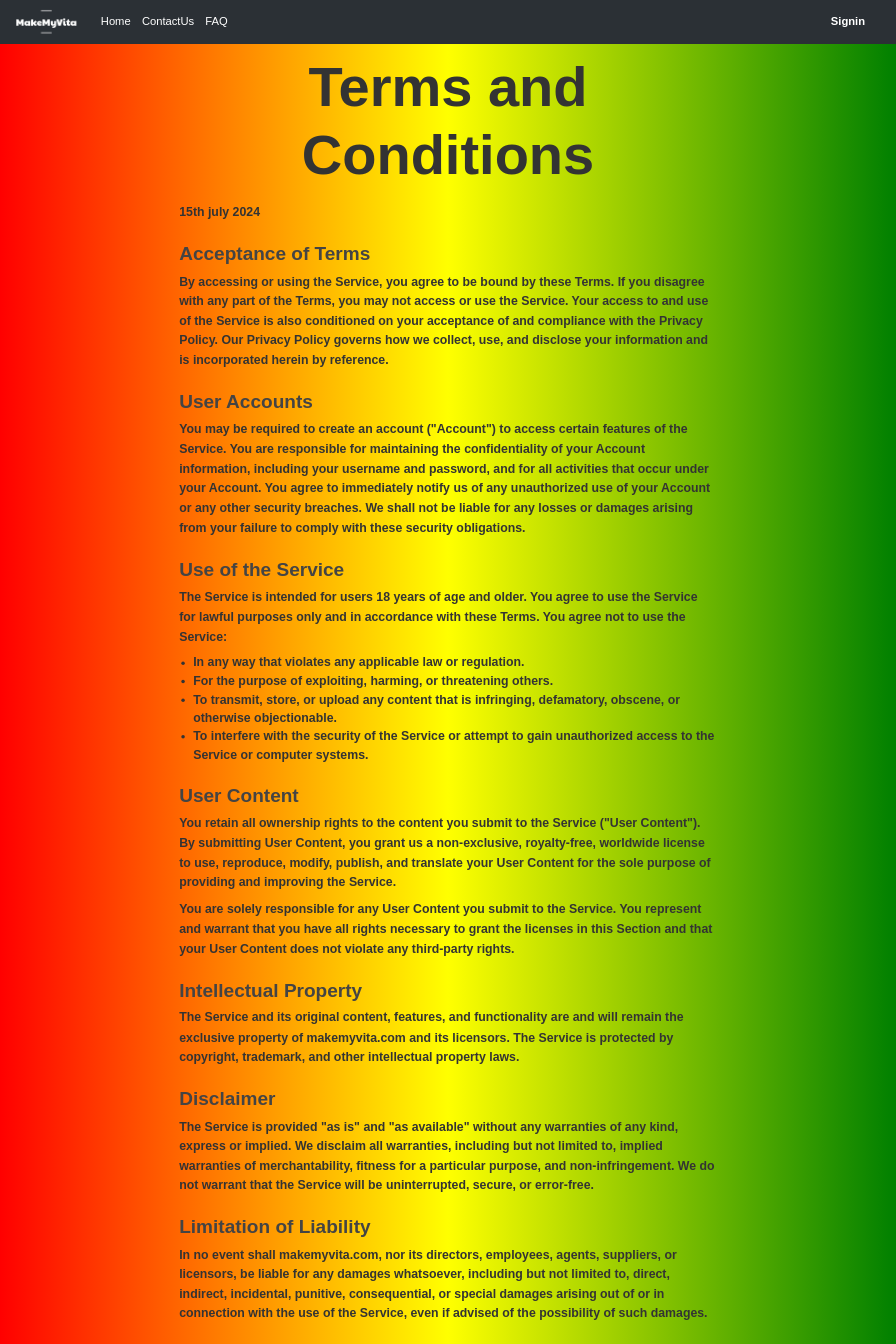
Repository: Tejaakshaykumar/MakeMyVita-Resume-Builder-Website
Page: /T&C (app in frontend/)
An editor plug-in stored every save of this project. The page is shown before and after a run of saves, followed by the edit.
The browser window is 1280 px wide. The pictures show the part of the page from y = 0 to 1920 px (the page is 2936 px tall), at 70% of full size.
Some web libraries are served in a nearby version. The project was rebuilt for these pictures with package versions that can differ from the ones it lists, and the page was loaded fresh each time. Also part of the build but not shown: frontend/src/App.css, frontend/src/containers/About.js, frontend/src/containers/Buildresume.js, frontend/src/containers/Images.js, frontend/src/containers/Features.js, frontend/src/containers/Review.js, frontend/src/containers/Trybox.js, frontend/src/containers/Motionbox.js and 5 more.

Above is the page before, as saved 2024-06-10 11:44:36.

### frontend/public/index.html
<!DOCTYPE html>
<html lang="en">
  <head>
    <meta charset="utf-8" />
    <link rel="icon" href="%PUBLIC_URL%/favicon.ico" />
    <meta name="viewport" content="width=device-width, initial-scale=1" />
    <meta name="theme-color" content="#000000" />
    <meta
      name="description"
      content="Web site created using create-react-app"
    />
    <link rel="apple-touch-icon" href="%PUBLIC_URL%/logo192.png" />
    <!--
      manifest.json provides metadata used when your web app is installed on a
      user's mobile device or desktop. See https://developers.google.com/web/fundamentals/web-app-manifest/
    -->
    <link rel="manifest" href="%PUBLIC_URL%/manifest.json" />
    <link rel="stylesheet" href="https://stackpath.bootstrapcdn.com/bootstrap/4.5.2/css/bootstrap.min.css">
  <link rel="stylesheet" href="https://stackpath.bootstrapcdn.com/font-awesome/4.7.0/css/font-awesome.min.css">
  <link href="https://cdn.jsdelivr.net/npm/bootstrap@5.3.3/dist/css/bootstrap.min.css" rel="stylesheet" integrity="sha384-QWTKZyjpPEjISv5WaRU9OFeRpok6YctnYmDr5pNlyT2bRjXh0JMhjY6hW+ALEwIH" crossorigin="anonymous">
  <link href="https://cdn.jsdelivr.net/npm/bootstrap-icons@1.7.2/font/bootstrap-icons.css" rel="stylesheet">
    <!--
      Notice the use of %PUBLIC_URL% in the tags above.
      It will be replaced with the URL of the `public` folder during the build.
      Only files inside the `public` folder can be referenced from the HTML.

      Unlike "/favicon.ico" or "favicon.ico", "%PUBLIC_URL%/favicon.ico" will
      work correctly both with client-side routing and a non-root public URL.
      Learn how to configure a non-root public URL by running `npm run build`.
    -->
    <title>React App</title>
  </head>
  <body>
    <noscript>You need to enable JavaScript to run this app.</noscript>
    <div id="root"></div>
    <!--
      This HTML file is a template.
      If you open it directly in the browser, you will see an empty page.

      You can add webfonts, meta tags, or analytics to this file.
      The build step will place the bundled scripts into the <body> tag.

      To begin the development, run `npm start` or `yarn start`.
      To create a production bundle, use `npm run build` or `yarn build`.
    -->
  </body>
  <script src="https://cdn.jsdelivr.net/npm/bootstrap@5.3.3/dist/js/bootstrap.bundle.min.js" integrity="sha384-YvpcrYf0tY3lHB60NNkmXc5s9fDVZLESaAA55NDzOxhy9GkcIdslK1eN7N6jIeHz" crossorigin="anonymous"></script>
</html>

### frontend/src/containers/Navbar.js
import React from 'react';
import { useNavigate } from 'react-router-dom';
import logo from '../images/HubSpot Brand Kit/Logo/PNG/main-logo-white-transparent.png';
export default function Navbar() {
  const navigate = useNavigate();
  const handleSigninClick = () => {
    navigate('/signin');
  };
  return (
    <div>

      <nav className="navbar fixed-top navbar-expand-lg bg-body-tertiary" data-bs-theme="dark" >
      <div className="container-fluid" >
        <a className="navbar-brand" href="/">
        <img src={logo} alt="Logo" style={{height:'5vh',width:'15vh',objectFit:'cover'}} />
        </a>
        <button
          className="navbar-toggler"
          type="button"
          data-bs-toggle="collapse"
          data-bs-target="#navbarSupportedContent"
          aria-controls="navbarSupportedContent"
          aria-expanded="false"
          aria-label="Toggle navigation"
        >
          <span className="navbar-toggler-icon" />
        </button>
        <div className="collapse navbar-collapse" id="navbarSupportedContent">
          <ul className="navbar-nav me-auto mb-2 mb-lg-0">
            <li className="nav-item">
              <a className="nav-link active" aria-current="page" href="/">
                Home
              </a>
            </li>
            <li className="nav-item">
              <a className="nav-link active" aria-current="page" href="#">
                ContactUs
              </a>
            </li>
            <li className="nav-item">
              <a className="nav-link active" aria-current="page" href="/FAQ">
                FAQ
              </a>
            </li>
          </ul>
          <form className="d-flex">
            <button className=" btn btn-outline-success custom-btn" type="submit" onClick={handleSigninClick}>
            &nbsp;&nbsp;&nbsp;&nbsp;&nbsp;Signin&nbsp;&nbsp;&nbsp;&nbsp;&nbsp;
            </button>
          </form>
        </div>
      </div>
    </nav>

    </div>
  );
}

### frontend/src/containers/Foot.js
import React from 'react';
import './cont.css'; // Import the CSS file

export default function Foot() {
  return (
    <footer>
      <div className="footer-container ">
        <ul className="footer-nav">
        <li className="nav-item">
            <a className="nav-link" href="/aboutus">
              ABOUT US
            </a>
          </li>
          <>|</>
          <li className="nav-item">
            <a className="nav-link" href="/T&C">
              TERMS & CONDITIONS
            </a>
          </li>
          <>|</>
        <li className="nav-item">
            <a className="nav-link" href="/privacy">
              PRIVACY POLICY
            </a>
          </li>
          <>|</>
          <li className="nav-item">
            <a className="nav-link" href="#">
              CONTACT US
            </a>
          </li>
          <>|</>
          <li className="nav-item">
            <a className="nav-link" href="/FAQ">
              FAQs
            </a>
          </li>
        </ul>
        <div class="social-icons">
        <a href="https://www.facebook.com" target="_blank" aria-label="Facebook">
          <i class="bi bi-facebook"></i>
        </a>
        <a href="https://www.instagram.com" target="_blank" aria-label="Instagram">
          <i class="bi bi-instagram"></i>
        </a>
        <a href="https://www.pinterest.com" target="_blank" aria-label="Pinterest">
          <i class="bi bi-pinterest"></i>
        </a>
        <a href="https://www.youtube.com" target="_blank" aria-label="YouTube">
          <i class="bi bi-youtube"></i>
        </a>
        <a href="https://www.linkedin.com" target="_blank" aria-label="LinkedIn">
          <i class="bi bi-linkedin"></i>
        </a>
        <a href="https://www.twitter.com" target="_blank" aria-label="Twitter">
          <i class="bi bi-twitter"></i>
        </a>
      </div>
      <div className="footer-copy">
          &copy; 2024 developed by Teja Akshay Kumar
      </div>
      </div>
    </footer>
  );
}

### frontend/src/containers/cont.css
/* navbar */
.custom-btn {
  color: white;
}
.custom-btn:hover {
  color: black;
  background-color: white;
}

.footer-container {
  height: 25vh;
  width: 100%;
  background-color: rgb(0, 0, 0);
  color: white;
  display: flex;
  flex-direction: column;
  align-items: center;
  /* padding-bottom: 3%; */
  /* justify-content: center; */
}

.footer-nav {
  display: flex;
  list-style: none;
  padding-top: 30px;
  margin: 0;
}

.footer-nav .nav-item {
  margin: 0 50px;
}

.footer-nav .nav-item .nav-link {
  color: white;
  text-decoration: none;
  /* text-transform: uppercase; */
  /* text-decoration: underline; */
}

.footer-nav .nav-item .nav-link:hover {
  text-decoration: underline;
}

.footer-copy {
  /* padding-top: 5%; */
  text-align: center;
  font-size: large;
  font-weight: 500;
  /* padding-bottom: 3%; */
}

.social-icons {
  display: flex;
  justify-content: center;
  gap: 40px;
  padding: 40px;
  /* background-color: #f0f0f0; */
}

.social-icons a {
  color: #ffffff;
  font-size: 24px;
  text-decoration: none;
}

.social-icons a:hover {
  color: #007bff;
}

/* Features */

.feature-component {
  height: 90vh;
  width: 100%;
  display: flex;
  justify-content: flex-start;
  flex-wrap: wrap;
  margin-top: 10%;
  padding-left: 8%;
  padding-right: 8%;
}
.feature {
  flex: 1 1 30%;
  box-sizing: border-box;
  padding: 20px;
  margin: 10px;
  text-align: center;
  background-color: #fff;
  border-radius: 8px;
  /* box-shadow: 0 4px 8px rgba(0, 0, 0, 0.1); */
}

.feature img {
  width: 60px;
  height:80px;
  margin-bottom: 10px;
}

.feature h3 {
  font-size: 1.5em;
  margin-bottom: 10px;
  font-weight: 500;
  font-family:'Franklin Gothic Medium', 'Arial Narrow', Arial, sans-serif;
}

.feature p {
  font-size: 1.3em;
  color: #666;
  font-weight: 400;
  font-family: 'Gill Sans', 'Gill Sans MT', Calibri, 'Trebuchet MS', sans-serif;
}

.feature:hover {
  background: linear-gradient(to right, #fd4908, #1e90ff);
  box-shadow: black;
  border-radius: 5%;
  color: rgb(255, 255, 255);
}

.feature:hover h3,
.feature:hover p {
  color: rgb(255, 255, 255);
}

/* About */
.resume-builder-container {
  display: flex;
  flex-direction: row;
  justify-content: space-between;
  align-items: center;
  padding: 10vh;
  /* background-color: #fff; */
  background: linear-gradient(to right, #84eefc, #ffffff, #ffffff);
  /* background:linear-gradient(to left, #00e1ff,#ffffff, #ffffff); */
  /* border: 1px solid #ddd; */
  /* border-radius: 8px; */
  /* box-shadow: 0 2px 4px rgba(0, 0, 0, 0.1); */
  height: 80vh;
}

.resume-builder-container1 {
  display: flex;
  flex-direction: row;
  justify-content: space-between;
  align-items: center;
  padding: 10vh;
  height: 80vh;
  background: linear-gradient(to top, #ffffff, #59CE8F,#E8F9FD, #ffffff);
}

/* .resume-builder-image {
    -webkit-mask-image: radial-gradient(circle, rgba(0, 0, 0, 1) 50%, rgba(0, 0, 0, 0) 90%);
    mask-image: radial-gradient(circle, rgba(0, 0, 0, 1) 50%, rgba(0, 0, 0, 0) 90%);
  }
   */
.resume-builder-content {
  max-width: 60%;
  padding: 10%;
}

.resume-builder-content1 {
  max-width: 70%;
  padding: 10%;
}

.resume-builder-content h1 {
  font-size: 4em;
  color: #333;
  margin-bottom: 10px;
  font-family: "Franklin Gothic Medium", "Arial Narrow", Arial, sans-serif;
  text-align: left;
}

.resume-builder-content p {
  font-size: 1.4em;
  font-weight: 400;
  color: #666;
  line-height: 1.5;
  margin-bottom: 20px;
  /* padding-left: 2%; */
  /* text-align: center; */
}

.resume-builder-content1 h1 {
  font-size: 4em;
  color: #333;
  margin-bottom: 10px;
  font-family: "Franklin Gothic Medium", "Arial Narrow", Arial, sans-serif;
  text-align: left;
}

.resume-builder-content1 p {
  font-size: 1.4em;
  font-weight: 400;
  color: #666;
  line-height: 1.5;
  margin-bottom: 20px;
  /* padding-left: 2%; */
  /* text-align: center; */
}

.aboutbutton {
  height: 6vh;
  width: 27%;
  margin-left: 20%;
  margin-top: 2%;
  text-align: center;
  font-weight: 500;
  border-radius: 7px;
  color: #ffffff;
  font-weight: 700;
  transition: background 0.3s ease;
  /* border-style:solid; */
  border-color: white;
  background: #3e14fc;
  box-shadow: 0 2px 6px rgba(24, 23, 23, 0.801);
  /* box-shadow: #3e14fc; */
}
.aboutbutton:hover {
  transition: background 0.3s ease;
  border-style: solid;
  background: linear-gradient(to right, #ffd000, #ff0000);
  box-shadow: #3e14fc;
}

.create-now-button {
  background-color: #00b0ff;
  color: #fff;
  border: none;
  padding: 10px 20px;
  font-size: 1em;
  border-radius: 5px;
  cursor: pointer;
}

.create-now-button:hover {
  background-color: #008cba;
}

.resume-builder-image {
  max-width: 40%;
}

.resume-builder-image img {
  max-width: 100%;
  height: auto;
  border-radius: 8px;
}

.text-gradient {
  background: linear-gradient(to right, #ff7f50, #1e90ff);
  -webkit-background-clip: text;
  -webkit-text-fill-color: transparent;
  background-clip: text;
  color: transparent;
}

.icon-container {
  width: 100%;
  height: 100px;
  overflow: hidden;
  white-space: nowrap;
  position: relative;
  background-color: #ffffff;
  padding-bottom: 25px;
}

.icons {
  display: inline-block;
  animation: moveIcons 40s linear infinite;
}

.icons img {
  font-size: 24px;
  margin: 0 15px; /* Add some margin between icons */
  color: #333;
  /* width: 100px; Adjust the size as needed */
  height: 50px;
}

@keyframes moveIcons {
  0% {
    transform: translateX(70%);
  }
  100% {
    transform: translateX(-100%);
  }
}

.try {
  height: 30vh;
  width: 100%;
  background-image: url("C:/Users/tejaa/Downloads/pexels-magda-ehlers-pexels-1279813.jpg");
  background-size: cover;
  align-items: center;
  display: flex;
  flex-direction: column;
  justify-content: center;
  margin-bottom: 7vh;
  margin-top: 5vh;
}

.try h2 {
  font-size: 280%;
  color: antiquewhite;
  text-shadow: 5px 5px 3px rgba(0, 0, 0, 0.3);
}
.try button {
  height: 4vh;
  width: 15%;
  font-weight: 700;
  border-radius: 5cm;
  color: blanchedalmond;
  border: #ffffff;
  background: linear-gradient(to right, #fd0808, #a51eff);
}

/* Review */
/* Styles for the main container */
/* Swiper specific styles */
/* #App {
  height: 100%;
}
html,
body {
  position: relative;
  height: 100%;
}

body {
  background: #eee;
  font-family: Helvetica Neue, Helvetica, Arial, sans-serif;
  font-size: 14px;
  color: #000;
  margin: 0;
  padding: 0;
} */
.swiper-container {
  /* position: relative; */
  height: 30vh;
  background: #ffffff;
  font-family: Helvetica Neue, Helvetica, Arial, sans-serif;
  font-size: 14px;
  color: #000;
  margin: 30px;
  padding: 10px;
  display: flex;
  flex-direction: row;
  justify-content: center;
}

.swiper {
  width: 100%;
  height: 100%;
}

.swiper-slide {
  text-align: center;
  font-size: 18px;
  background: #ffffff;
  display: flex;
  justify-content: center;
  align-items: center;
  padding-top: 20%;
  /* margin: 5%; */
}

.swiper-slide img {
  display: block;
  width: 100%;
  height: 100%;
  object-fit: cover;
}

.autoplay-progress {
  position: absolute;
  right: 16px;
  bottom: 16px;
  z-index: 10;
  width: 48px;
  height: 48px;
  display: flex;
  align-items: center;
  justify-content: center;
  font-weight: bold;
  color: var(--swiper-theme-color);
}

.autoplay-progress svg {
  --progress: 0;
  position: absolute;
  left: 0;
  top: 0px;
  z-index: 10;
  width: 100%;
  height: 100%;
  stroke-width: 4px;
  stroke: var(--swiper-theme-color);
  fill: none;
  stroke-dashoffset: calc(125.6px * (1 - var(--progress)));
  stroke-dasharray: 125.6;
  transform: rotate(-90deg);
}

### frontend/src/pages/pagestyles.css
/* TandC */

.tandc-container {
    max-width: 100%;
    /* margin: 0 auto; */
    padding: 6% 20%;
    font-family: Arial, sans-serif;
    background: linear-gradient(to right,red,yellow,green);
    color: #333;
    /* margin-top: 7%; */
    margin-bottom: -2%;

  }

  .tandc-container h1 {
    text-align: center;
    margin-bottom: 20px;
    font-weight: 700;
    font-size: 5rem;
  }

  .tandc-container h2 {
    margin-top: 30px;
    color: #444;
    font-weight: 700;
    font-size: 1.7rem;
  }

  .tandc-container p {
    line-height: 1.6;
    font-weight: 600;
    font-size: 1.1rem;
  }

  .tandc-container ul {
    list-style-type: disc;
    padding-left: 20px;
    font-weight: 600;
    font-size: 1.1rem;
  }

  .tandc-container a {
    color: #1a73e8;
    text-decoration: none;
  }

  .tandc-container a:hover {
    text-decoration: underline;
  }


  /* Privacy */
  .privacy-container {
    max-width: 800px;
    margin: 0 auto;
    padding: 20px;
    font-family: 'Arial', sans-serif;
    color: #333;
    line-height: 1.6;
    background-color: #fff;
    border-radius: 8px;
    box-shadow: 0 0 10px rgba(0, 0, 0, 0.1);
  }

  h1 {
    text-align: center;
    color: #333;
    font-size: 2.5rem;
    margin-bottom: 20px;
  }

  h2 {
    color: #444;
    font-size: 1.75rem;
    margin-top: 20px;
  }

  h3 {
    color: #555;
    font-size: 1.5rem;
    margin-top: 15px;
  }

  p {
    margin-bottom: 10px;
  }

  ul {
    list-style-type: disc;
    padding-left: 20px;
  }

  a {
    color: #1a73e8;
    text-decoration: none;
  }

  a:hover {
    text-decoration: underline;
  }

  @media (max-width: 600px) {
    .privacy-container {
      padding: 10px;
    }

    h1 {
      font-size: 2rem;
    }

    h2 {
      font-size: 1.5rem;
    }

    h3 {
      font-size: 1.25rem;
    }
  }

  /* Aboutus */
  .about-container {
    font-family: 'Arial', sans-serif;
    color: #fff;
    max-width: 1200px;
    margin: 0 auto;
    padding: 20px;
    background-color: #000; /* For overall contrast, adjust as needed */
  }

  .about-top {
    position: relative;
    text-align: center;
    color: white;
  }

  .about-image {
    width: 100%;
    height: auto;
    border-radius: 10px;
    opacity: 0.8;
  }

  .about-content {
    position: absolute;
    top: 50%;
    left: 50%;
    transform: translate(-50%, -50%);
    background-color: rgba(0, 0, 0, 0.5); /* Semi-transparent background */
    padding: 20px;
    border-radius: 10px;
    max-width: 90%;
    text-align: left;
  }

  .about-content h1 {
    font-size: 3rem;
    margin-bottom: 10px;
  }

  .about-content p {
    font-size: 1.2rem;
  }

  .about-bottom {
    background-color: #222;
    padding: 40px;
    border-radius: 10px;
    margin-top: 20px;
  }

  .about-bottom h2 {
    font-size: 2rem;
    margin-bottom: 20px;
  }

  .about-bottom p,
  .about-bottom ul {
    font-size: 1.2rem;
    line-height: 1.6;
  }

  .about-bottom ul {
    list-style-type: disc;
    padding-left: 20px;
  }

  .about-bottom h3 {
    font-size: 1.5rem;
    margin-top: 20px;
  }

  @media (max-width: 768px) {
    .about-content h1 {
      font-size: 2rem;
    }

    .about-content p {
      font-size: 1rem;
    }

    .about-bottom h2 {
      font-size: 1.5rem;
    }

    .about-bottom p,
    .about-bottom ul {
      font-size: 1rem;
    }
  }

  /* FAQ */
  /* styles.css */

/* body, html {
  margin: 0;
  padding: 0;
  font-family: Arial, sans-serif;
  background-color: #f7f7f7;
}

.app {
  display: flex;
  justify-content: center;
  align-items: center;
  min-height: 100vh;
  padding: 20px;
} */

.faq-container {
  background-color: white;
  padding: 20px;
  border-radius: 8px;
  max-width: 800px;
  width: 100%;
  box-shadow: 0 4px 8px rgba(0, 0, 0, 0.1);
}

.faq-container h1 {
  text-align: center;
  margin-bottom: 20px;
}

.faq-container input {
  width: 100%;
  padding: 10px;
  margin-bottom: 20px;
  border: 1px solid #ccc;
  border-radius: 4px;
}

.faq-list {
  max-height: 500px;
  overflow-y: auto;
}

.faq-item {
  border-bottom: 1px solid #eee;
  padding: 10px 0;
}

.faq-question {
  cursor: pointer;
  font-weight: bold;
}

.faq-answer {
  margin-top: 10px;
}

.related-articles {
  margin-top: 10px;
}

.related-articles h4 {
  margin-bottom: 5px;
}

.related-articles ul {
  padding-left: 20px;
  margin: 0;
}

.related-articles li {
  list-style-type: disc;
}



  /* Dashboard */
  body {
    font-family: Arial, sans-serif;
  }

  .sidebar {
    position: fixed;
    top: 0;
    bottom: 0;
    left: 0;
    z-index: 100;
    padding: 48px 0 0;
    box-shadow: inset -1px 0 0 rgba(0, 0, 0, .1);
  }

  .sidebar .nav-link {
    font-weight: 500;
    color: #333;
  }

  .sidebar .nav-link.active {
    color: #007bff;
  }

  .sidebar .nav-link:hover {
    color: #007bff;
  }

  .sidebar .sidebar-title {
    padding: 16px;
    font-size: 1.5rem;
    text-align: center;
  }

  .sidebar-footer {
    position: absolute;
    bottom: 0;
    width: 100%;
    padding: 16px;
    text-align: center;
  }

  .sidebar-footer .nav-link {
    color: #007bff;
  }

  .sidebar-footer .nav-link:hover {
    color: #0056b3;
  }

  .badge-new {
    background-color: #28a745;
    color: white;
    padding: 4px 8px;
    border-radius: 12px;
  }

  .card {
    margin-bottom: 1.5rem;
  }

  .card-title {
    font-size: 1.5rem;
    font-weight: bold;
  }

  .alert {
    margin-bottom: 0;
    font-size: 0.875rem;
  }

  @media (max-width: 767.98px) {
    .sidebar {
      position: relative;
      width: 100%;
      height: auto;
    }

    .sidebar .nav-link {
      font-size: 0.875rem;
    }
  }


  /* Signin */


  .signin {
    /* background: linear-gradient(45deg, #a1c4fd, #c2e9fb); */
    font-family: 'Arial', sans-serif;
    /* background:linear-gradient(to top,#000000,#5A72A0,#83B4FF,#FDFFE2); */
    background:linear-gradient(to top,#000000,#243763);
    /* background:linear-gradient(to top,#000000,#E96479,#F5E9CF,#c4fffd); */

    height: 100vh;
    display: flex;
    justify-content: center;
    align-items: center;
    margin-bottom: -2%;
  }

  .signin-container {
    text-align: center;

  }

  .signin-box {
    background: #fff;
    padding: 40px;
    border-radius: 8px;
    box-shadow: 0px 0px 20px rgba(0, 0, 0, 0.301);
    width: 500px;
    max-width: 90%;
  }

  .signin-header h2 {
    font-size: 24px;
    font-weight: 700;
    margin-bottom: 10px;
  }

  .signin-header p {
    font-size: 14px;
    color: #777;
    margin-bottom: 20px;
  }

  .form-group {
    margin-bottom: 15px;
  }

  .form-group label {
    display: block;
    text-align: left;
    margin-bottom: 5px;
  }

  .form-control {
    width: 100%;
    padding: 10px;
    border: 1px solid #ccc;
    border-radius: 4px;
    box-sizing: border-box;
  }

  .input-group {
    display: flex;
    align-items: center;
  }

  .input-group-append {
    background: #fff;
    border: 1px solid #ccc;
    border-left: 0;
    padding: 10px;
    border-radius: 0 4px 4px 0;
    cursor: pointer;
  }

  .form-check {
    display: flex;
    align-items: center;
    justify-content: space-between;
    margin: 20px 0;
  }

  .form-check-input {
    margin-right: 10px;
  }

  .form-check-label {
    margin-right: auto;
  }

  .forgot-password {
    color: #000;
    text-decoration: none;
  }

  .btn {
    width: 100%;
    padding: 10px;
    border: none;
    border-radius: 4px;
    cursor: pointer;
    font-size: 16px;
    font-weight: bold;
  }

  .btn-primary {
    background: #000;
    color: #fff;
  }

  .or-use {
    margin: 20px 0;
  }

  .or-use span {
    background: #fff;
    padding: 0 10px;
    color: #777;
  }

  .social-login {
    display: flex;
    justify-content: center;
    margin: 20px 0;
  }

  .social-login button {
    margin: 0 10px;
    width: 50px;
    height: 50px;
    border-radius: 50%;
    border: 1px solid #ccc;
    display: inline-flex;
    justify-content: center;
    align-items: center;
    background: #fff;
    cursor: pointer;
  }

  footer {
    margin-top: 20px;
  }

  footer p {
    font-size: 14px;
    color: #777;
  }

Loaded but not shown: frontend/src/index.js (common file); frontend/src/index.css (common file); frontend/src/reportWebVitals.js (common file); frontend/src/pages/TandC.js (106 lines, source omitted); frontend/src/App.js (99 lines, source omitted)

After the next 2 saves:
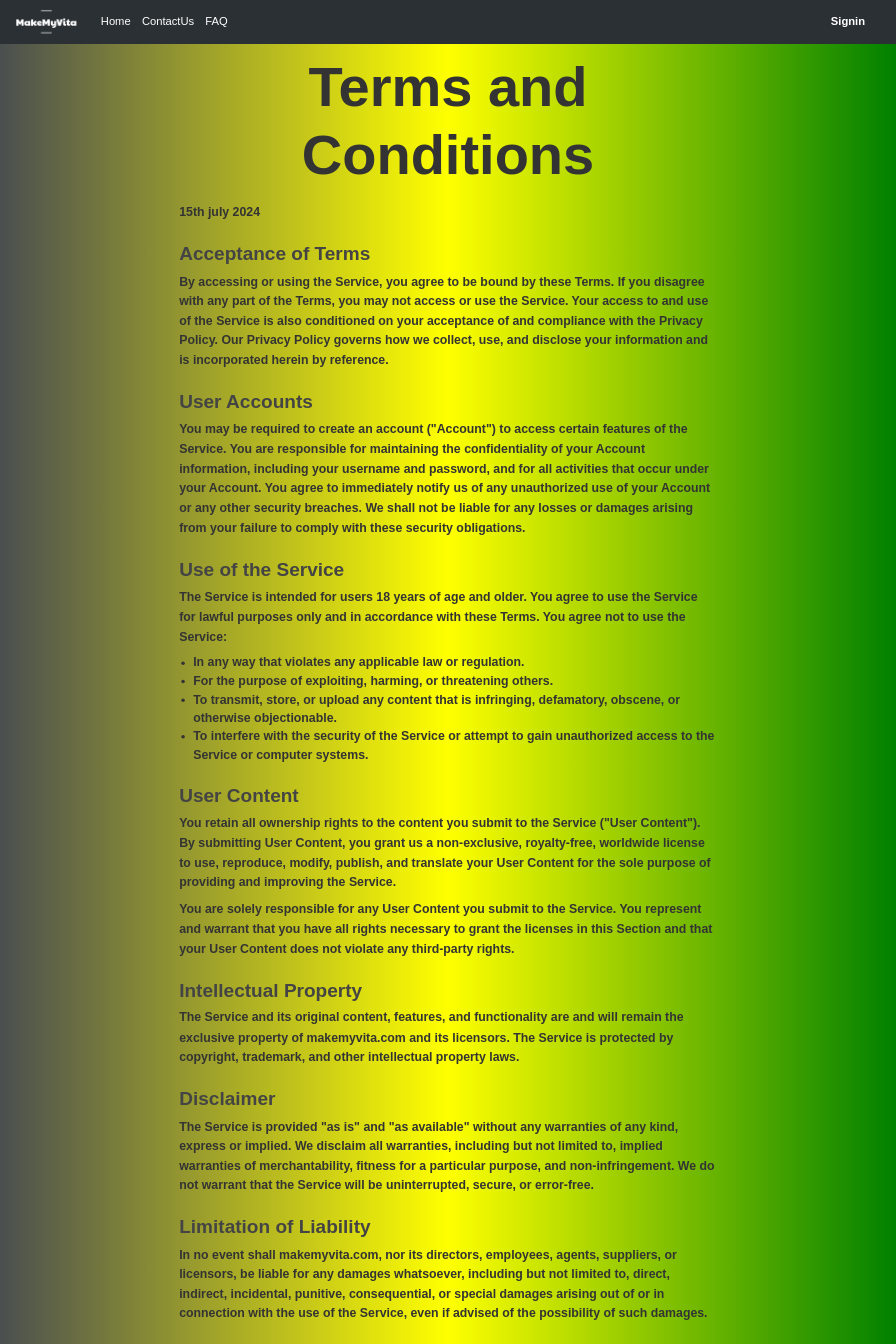
The 2 saves are shown as one change because they came seconds apart.
The last was saved 7 s later.
--- a/frontend/src/pages/pagestyles.css
+++ b/frontend/src/pages/pagestyles.css
@@ -5,7 +5,7 @@
     /* margin: 0 auto; */
     padding: 6% 20%;
     font-family: Arial, sans-serif;
-    background: linear-gradient(to right,red,yellow,green);
+    background: linear-gradient(to right,rgb(74, 79, 80),yellow,green);
     color: #333;
     /* margin-top: 7%; */
     margin-bottom: -2%;
